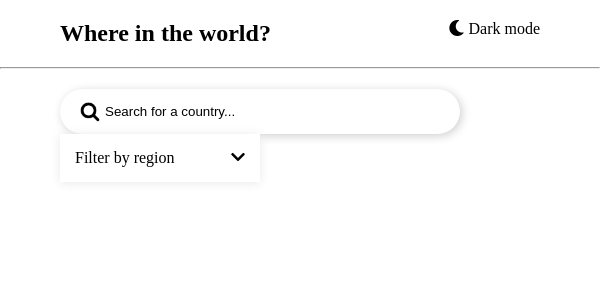
Repository: Eugene44-hub/countryProj
Page: index.html
An editor plug-in stored every save of this project. The page is shown before and after the next save, followed by the edit.
The browser window is 600 px wide. The pictures show the whole page.
The page's requests for data from a server got no answer.

Above is the page before, as saved 2021-10-10 20:33:02.

After the next save:
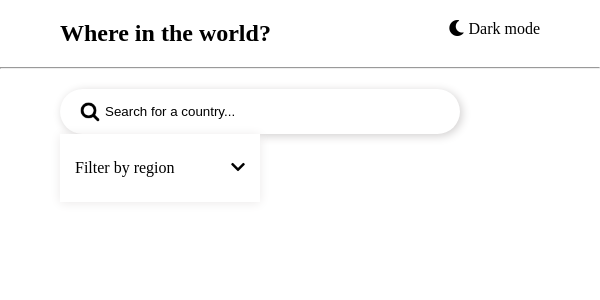
Saved 10 s later.
--- a/style.css
+++ b/style.css
@@ -163,7 +163,7 @@
         justify-content: center;
     }
     .default-text {
-        margin: ;
+        margin: 10px 0;
     }
 }
 

After the save that followed:
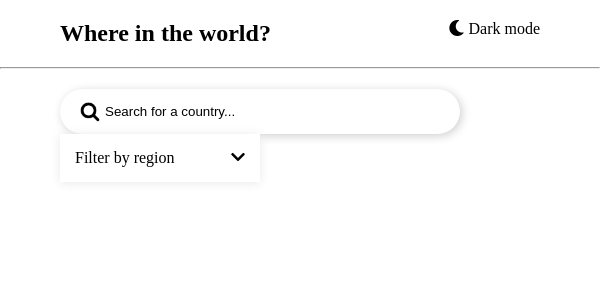
Saved 33 s later.
--- a/style.css
+++ b/style.css
@@ -162,9 +162,7 @@
     .countries {
         justify-content: center;
     }
-    .default-text {
-        margin: 10px 0;
-    }
+    .default-text {}
 }
 
 
